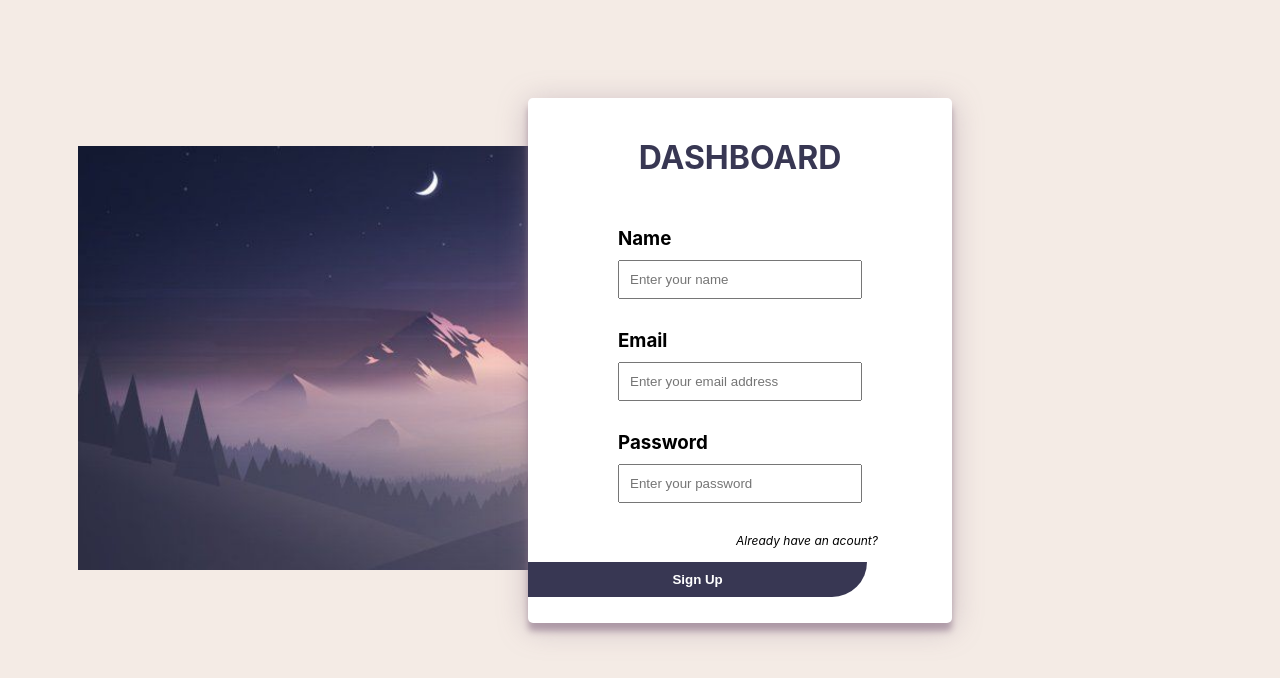
Repository: syni18/internshala-project
Page: /, after clicking the first element matching `p`
An editor plug-in stored every save of this project. The page is shown before and after a run of saves, followed by the edit.
The browser window is 1280 px wide. The pictures show the whole page.
The project was rebuilt for these pictures with package versions that can differ from the ones it lists, and the page was loaded fresh each time. Also part of the build but not shown: src/dashboard/sidebar.css, src/dashboard/Sidebar.jsx, src/home/home.css, src/home/Home.jsx, src/profile/profile.css, src/profile/Profile.jsx, src/todocal/TodoList.jsx, src/todocal/Todo.jsx and 3 more.

Above is the page before, as saved 2022-08-30 16:23:16.

After the next 2 saves:
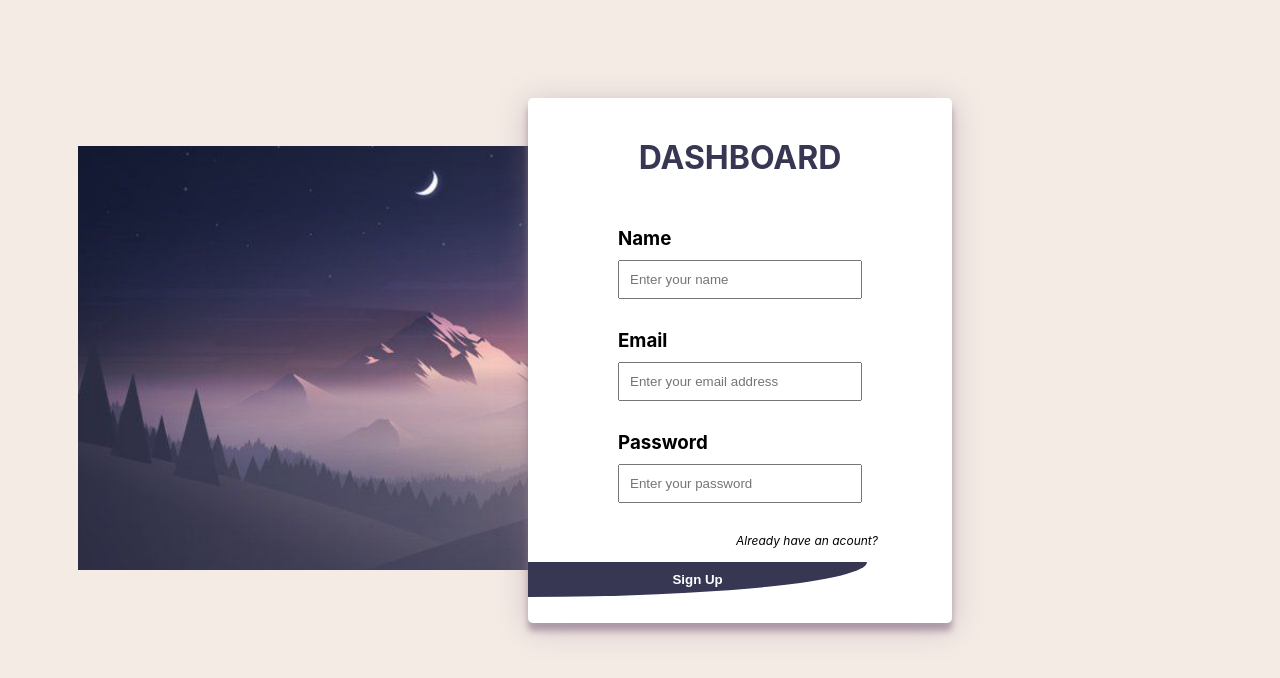
The 2 saves are shown as one change because they came seconds apart.
The last was saved 13 s later.
--- a/src/login/login.css
+++ b/src/login/login.css
@@ -41,7 +41,7 @@
     width: 80%;
     padding: 10px 0;
     /* border-top-right-radius: 30px; */
-    border-bottom-right-radius: 100px;
+    border-bottom-right-radius: 100%;
     cursor: pointer;
 }
 .login_container form {
